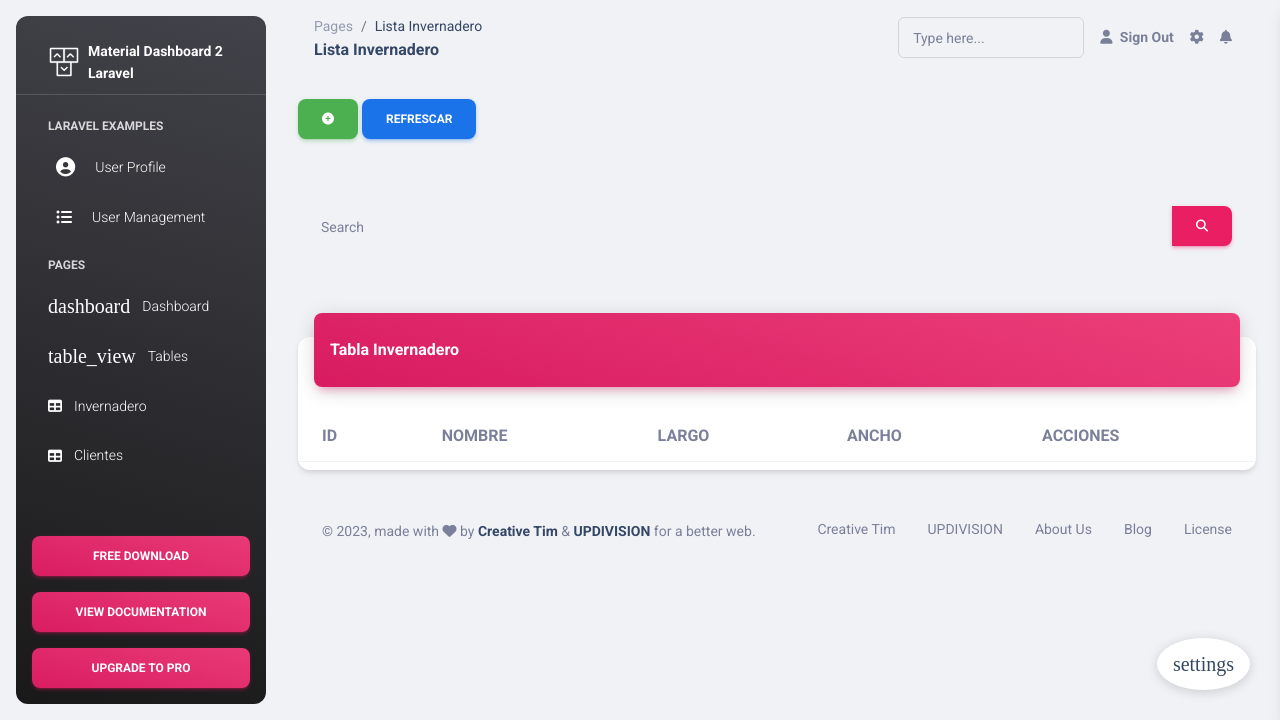
Repository: ValenciaAlmeidaVictor/sistemariego
Page: resources/views/Area/index.blade.php
These files come from the project's save history. The page is drawn as it stood at one moment and after the next save; the edit follows.
The browser window is 1280 px wide. The pictures show the whole page.
Some web libraries are served in a nearby version. The page is served by the project's Laravel application, run on PHP 8.4 with Laravel 10. Other server files are loaded and not shown. The template is opened directly, without the code that normally fills it, so the values that code supplies are empty.

Above is the page before, as saved 2023-06-21 23:47:22.

### routes/web.php
<?php



use Illuminate\Support\Facades\Auth;
use Illuminate\Support\Facades\Route;

/*
|--------------------------------------------------------------------------
| Web Routes
|--------------------------------------------------------------------------
|
| Here is where you can register web routes for your application. These
| routes are loaded by the RouteServiceProvider and all of them will
| be assigned to the "web" middleware group. Make something great!
|
*/

Route::get('/', function () {
    return view('welcome');
});

Auth::routes();

Route::get('/home', [App\Http\Controllers\HomeController::class, 'index'])->name('home');

use App\Http\Controllers\DashboardController;
use App\Http\Controllers\ProfileController;
use App\Http\Controllers\RegisterController;
use App\Http\Controllers\SessionsController;
use App\Http\Controllers\PostController;
use App\Http\Controllers\ClienteController;
use App\Http\Controllers\plantasController;
use App\Http\Controllers\SensoresController;
use App\Http\Controllers\PlantaController;
use App\Http\Controllers\SensorController;
use App\Http\Controllers\AreasController;

Route::get('/', function () {return redirect('sign-in');})->middleware('guest');
Route::get('/dashboard', [DashboardController::class, 'index'])->middleware('auth')->name('dashboard');
Route::get('sign-up', [RegisterController::class, 'create'])->middleware('guest')->name('register');
Route::post('sign-up', [RegisterController::class, 'store'])->middleware('guest');
Route::get('sign-in', [SessionsController::class, 'create'])->middleware('guest')->name('login');
Route::post('sign-in', [SessionsController::class, 'store'])->middleware('guest');
Route::post('verify', [SessionsController::class, 'show'])->middleware('guest');
Route::post('reset-password', [SessionsController::class, 'update'])->middleware('guest')->name('password.update');
Route::get('verify', function () {
	return view('sessions.password.verify');
})->middleware('guest')->name('verify');
Route::get('/reset-password/{token}', function ($token) {
	return view('sessions.password.reset', ['token' => $token]);
})->middleware('guest')->name('password.reset');

Route::post('sign-out', [SessionsController::class, 'destroy'])->middleware('auth')->name('logout');
Route::get('profile', [ProfileController::class, 'create'])->middleware('auth')->name('profile');
Route::post('user-profile', [ProfileController::class, 'update'])->middleware('auth');
Route::group(['middleware' => 'auth'], function () {
	Route::get('billing', function () {
		return view('pages.billing');
	})->name('billing');
    Route::get('posts', function () {
		return view('posts.index');
	})->name('posts');
	Route::get('tables', function () {
		return view('pages.tables');
	})->name('tables');
	Route::get('rtl', function () {
		return view('pages.rtl');
	})->name('rtl');
	Route::get('virtual-reality', function () {
		return view('pages.virtual-reality');
	})->name('virtual-reality');
	Route::get('notifications', function () {
		return view('pages.notifications');
	})->name('notifications');
	Route::get('static-sign-in', function () {
		return view('pages.static-sign-in');
	})->name('static-sign-in');
	Route::get('static-sign-up', function () {
		return view('pages.static-sign-up');
	})->name('static-sign-up');
	Route::get('user-management', function () {
		return view('pages.laravel-examples.user-management');
	})->name('user-management');
	Route::get('user-profile', function () {
		return view('pages.laravel-examples.user-profile');
	})->name('user-profile');
});


//rutas para el controlleer de las tablas del admin //

Route::group(['middleware' => 'auth'], function (){
    Route::resource('posts',PostController::class,['except'=>['show']]);
    Route::resource('clientes',ClienteController::class,['except'=>['show']]);
    Route::resource('index',plantasController::class,['except'=>['show']]);
    Route::resource('sensores',SensoresController::class,['except'=>['show']]);
    Route::resource('area',AreasController::class,['except'=>['show']]);
    Route::resource('/sensor',SensorController::class);
    Route::resource('/planta',PlantaController::class);
});

### resources/views/Area/index.blade.php
@yield('posts')

<x-layout bodyClass="g-sidenav-show  bg-gray-200">
    <x-navbars.sidebar activePage="Lista Invernadero"></x-navbars.sidebar>
    <main class="main-content position-relative max-height-vh-100 h-100 border-radius-lg ">
        <!-- Navbar -->
        <x-navbars.navs.auth titlePage="Lista Invernadero"></x-navbars.navs.auth>
        <script src="https:/kit.fontawesome.com/646ac4fad6.js" crossorigin="anonymous"></script>
        <!-- End Navbar -->
        <div class="container-fluid py-4">
            <div class="row">
                <div class="col-12">
                    <div class="row">
                        <div class="col-12 text-left">
                            <a href="{{route('area.create')}}" class="btn btn-success btn"><i class="fa-solid fa-circle-plus"></i></a>
                            <a href=""><button type="button" class="btn btn-info">Refrescar</button></a>
                        </div>
                    </div>
                    <br>
                    <br><!--CODIGO PARA EL BUSCADOR-->
                    <div class="container-fluid">
                        <form class="d-flex">
                        <div class="input-group">
                        <form action="" method="GET">
                        <input class="form-control me-4" type="text"
                        name="texto" value=""/>
                        <label class="form-label" for="form1">Search</label>
                        <button class="btn btn-primary" type="submit" name="Buscar"><i class="fas fa-search"></i>
                        </button>
                        </form>
                        </div>
                    </div>
                        <br>
                        <br>
                    <div class="card my-4">
                        <div class="card-header p-0 position-relative mt-n4 mx-3 z-index-2">
                            <div class="bg-gradient-primary shadow-primary border-radius-lg pt-4 pb-3">
                                <h6 class="text-white text-capitalize ps-3">Tabla Invernadero</h6>
                            </div>
                        </div>
                        <div class="card-body px-0 pb-2">
                            <div class="table-responsive p-0">
                                <table class="table align-items-center mb-0">
                                    <thead>
                                        <tr>
                                            <th>ID</th>
                                            <th>NOMBRE</th>
                                            <th>LARGO</th>
                                            <th>ANCHO</th>
                                            <th>ACCIONES</th>
                                        </tr>
                                    </thead>
                                    <tbody>
                                        @foreach ($Areas as $area)
                                    <tr>
                                        <td>{{$area->id}}</td>
                                        <td>{{$area->nombre}}</td>
                                        <td>{{$area->largo}}</td>
                                        <td>{{$area->ancho}}</td>
                                        <td>
                                            <form action="{{route('area.destroy',$area->id)}}" method="post">
                                                <a href="{{route('area.edit',$area->id)}}" class="btn btn-warning btn"><i class="fa-regular fa-pen-to-square"></i></a>
                                                @csrf
                                                @method('DELETE')
                                                <button class="btn btn-danger btn" type="submit"><i class="fa-solid fa-trash"></i></button>
                                            </form>
                                        </td>
                                    </tbody>
                                    @endforeach
                                </table>
                            </div>
                        </div>
                    </div>
                </div>
            </div>
            <x-footers.auth></x-footers.auth>
        </div>
    </main>
    <x-plugins></x-plugins>

</x-layout>

### resources/views/components/layout.blade.php
<!--
=========================================================
* Material Dashboard 2 - v3.0.0
=========================================================

* Product Page: https://www.creative-tim.com/product/material-dashboard
* Copyright 2021 Creative Tim (https://www.creative-tim.com) & UPDIVISION (https://www.updivision.com)
* Licensed under MIT (https://www.creative-tim.com/license)
* Coded by www.creative-tim.com & www.updivision.com

=========================================================

* The above copyright notice and this permission notice shall be included in all copies or substantial portions of the Software.
-->
@props(['bodyClass'])
<!DOCTYPE html>
<html lang="en">

<head>
    <meta charset="utf-8" />
    <meta name="viewport" content="width=device-width, initial-scale=1, shrink-to-fit=no">

    <link rel="apple-touch-icon" sizes="76x76" href="{{ asset('assets') }}/img/apple-icon.png">
    <link rel="icon" type="image/png" href="{{ asset('assets') }}/img/favicon.png">
    <title>
        MaxAspersor Dashboard
    </title>
    <!--     Fonts and icons     -->
    <link rel="stylesheet" type="text/css"
        href="https://fonts.googleapis.com/css?family=Roboto:300,400,500,700,900|Roboto+Slab:400,700" />
    <!-- Nucleo Icons -->
    <link href="{{ asset('assets') }}/css/nucleo-icons.css" rel="stylesheet" />
    <link href="{{ asset('assets') }}/css/nucleo-svg.css" rel="stylesheet" />
    <!-- Font Awesome Icons -->
    <script src="https://kit.fontawesome.com/42d5adcbca.js" crossorigin="anonymous"></script>
    <!-- Material Icons -->
    <link href="https://fonts.googleapis.com/icon?family=Material+Icons+Round" rel="stylesheet">
    <!-- CSS Files -->
    <link id="pagestyle" href="{{ asset('assets') }}/css/material-dashboard.css?v=3.0.0" rel="stylesheet" />
</head>
<body class="{{ $bodyClass }}">

{{ $slot }}

<script src="{{ asset('assets') }}/js/core/popper.min.js"></script>
<script src="{{ asset('assets') }}/js/core/bootstrap.min.js"></script>
<script src="{{ asset('assets') }}/js/plugins/perfect-scrollbar.min.js"></script>
<script src="{{ asset('assets') }}/js/plugins/smooth-scrollbar.min.js"></script>
@stack('js')
<script>
    var win = navigator.platform.indexOf('Win') > -1;
    if (win && document.querySelector('#sidenav-scrollbar')) {
        var options = {
            damping: '0.5'
        }
        Scrollbar.init(document.querySelector('#sidenav-scrollbar'), options);
    }

</script>
<!-- Github buttons -->
<script async defer src="https://buttons.github.io/buttons.js"></script>
<!-- Control Center for Material Dashboard: parallax effects, scripts for the example pages etc -->
<script src="{{ asset('assets') }}/js/material-dashboard.min.js?v=3.0.0"></script>
</body>
</html>

### public/assets/css/nucleo-icons.css
/*--------------------------------

hermes-dashboard-icons Web Font - built using nucleoapp.com
License - nucleoapp.com/license/

-------------------------------- */
@font-face {
  font-family: 'NucleoIcons';
  src: url('../fonts/nucleo-icons.eot');
  src: url('../fonts/nucleo-icons.eot') format('embedded-opentype'), url('../fonts/nucleo-icons.woff2') format('woff2'), url('../fonts/nucleo-icons.woff') format('woff'), url('../fonts/nucleo-icons.ttf') format('truetype'), url('../fonts/nucleo-icons.svg') format('svg');
  font-weight: normal;
  font-style: normal;
}

/*------------------------
    base class definition
-------------------------*/
.ni {
  display: inline-block;
  font: normal normal normal 14px/1 NucleoIcons;
  font-size: inherit;
  text-rendering: auto;
  -webkit-font-smoothing: antialiased;
  -moz-osx-font-smoothing: grayscale;
}

/*------------------------
  change icon size
-------------------------*/
.ni-lg {
  font-size: 1.33333333em;
  line-height: 0.75em;
  vertical-align: -15%;
}

.ni-2x {
  font-size: 2em;
}

.ni-3x {
  font-size: 3em;
}

.ni-4x {
  font-size: 4em;
}

.ni-5x {
  font-size: 5em;
}

/*----------------------------------
  add a square/circle background
-----------------------------------*/
.ni.square,
.ni.circle {
  padding: 0.33333333em;
  vertical-align: -16%;
  background-color: #eee;
}

.ni.circle {
  border-radius: 50%;
}

/*------------------------
  list icons
-------------------------*/
.ni-ul {
  padding-left: 0;
  margin-left: 2.14285714em;
  list-style-type: none;
}

.ni-ul>li {
  position: relative;
}

.ni-ul>li>.ni {
  position: absolute;
  left: -1.57142857em;
  top: 0.14285714em;
  text-align: center;
}

.ni-ul>li>.ni.lg {
  top: 0;
  left: -1.35714286em;
}

.ni-ul>li>.ni.circle,
.ni-ul>li>.ni.square {
  top: -0.19047619em;
  left: -1.9047619em;
}

/*------------------------
  spinning icons
-------------------------*/
.ni.spin {
  -webkit-animation: nc-spin 2s infinite linear;
  -moz-animation: nc-spin 2s infinite linear;
  animation: nc-spin 2s infinite linear;
}

@-webkit-keyframes nc-spin {
  0% {
    -webkit-transform: rotate(0deg);
  }

  100% {
    -webkit-transform: rotate(360deg);
  }
}

@-moz-keyframes nc-spin {
  0% {
    -moz-transform: rotate(0deg);
  }

  100% {
    -moz-transform: rotate(360deg);
  }
}

@keyframes nc-spin {
  0% {
    -webkit-transform: rotate(0deg);
    -moz-transform: rotate(0deg);
    -ms-transform: rotate(0deg);
    -o-transform: rotate(0deg);
    transform: rotate(0deg);
  }

  100% {
    -webkit-transform: rotate(360deg);
    -moz-transform: rotate(360deg);
    -ms-transform: rotate(360deg);
    -o-transform: rotate(360deg);
    transform: rotate(360deg);
  }
}

/*------------------------
  rotated/flipped icons
-------------------------*/
.ni.rotate-90 {
  filter: progid:DXImageTransform.Microsoft.BasicImage(rotation=1);
  -webkit-transform: rotate(90deg);
  -moz-transform: rotate(90deg);
  -ms-transform: rotate(90deg);
  -o-transform: rotate(90deg);
  transform: rotate(90deg);
}

.ni.rotate-180 {
  filter: progid:DXImageTransform.Microsoft.BasicImage(rotation=2);
  -webkit-transform: rotate(180deg);
  -moz-transform: rotate(180deg);
  -ms-transform: rotate(180deg);
  -o-transform: rotate(180deg);
  transform: rotate(180deg);
}

.ni.rotate-270 {
  filter: progid:DXImageTransform.Microsoft.BasicImage(rotation=3);
  -webkit-transform: rotate(270deg);
  -moz-transform: rotate(270deg);
  -ms-transform: rotate(270deg);
  -o-transform: rotate(270deg);
  transform: rotate(270deg);
}

.ni.flip-y {
  filter: progid:DXImageTransform.Microsoft.BasicImage(rotation=0);
  -webkit-transform: scale(-1, 1);
  -moz-transform: scale(-1, 1);
  -ms-transform: scale(-1, 1);
  -o-transform: scale(-1, 1);
  transform: scale(-1, 1);
}

.ni.flip-x {
  filter: progid:DXImageTransform.Microsoft.BasicImage(rotation=2);
  -webkit-transform: scale(1, -1);
  -moz-transform: scale(1, -1);
  -ms-transform: scale(1, -1);
  -o-transform: scale(1, -1);
  transform: scale(1, -1);
}

/*------------------------
    font icons
-------------------------*/

.ni-active-40::before {
  content: "\ea02";
}

.ni-air-baloon::before {
  content: "\ea03";
}

.ni-album-2::before {
  content: "\ea04";
}

.ni-align-center::before {
  content: "\ea05";
}

.ni-align-left-2::before {
  content: "\ea06";
}

.ni-ambulance::before {
  content: "\ea07";
}

.ni-app::before {
  content: "\ea08";
}

.ni-archive-2::before {
  content: "\ea09";
}

.ni-atom::before {
  content: "\ea0a";
}

.ni-badge::before {
  content: "\ea0b";
}

.ni-bag-17::before {
  content: "\ea0c";
}

.ni-basket::before {
  content: "\ea0d";
}

.ni-bell-55::before {
  content: "\ea0e";
}

.ni-bold-down::before {
  content: "\ea0f";
}

.ni-bold-left::before {
  content: "\ea10";
}

.ni-bold-right::before {
  content: "\ea11";
}

.ni-bold-up::before {
  content: "\ea12";
}

.ni-bold::before {
  content: "\ea13";
}

.ni-book-bookmark::before {
  content: "\ea14";
}

.ni-books::before {
  content: "\ea15";
}

.ni-box-2::before {
  content: "\ea16";
}

.ni-briefcase-24::before {
  content: "\ea17";
}

.ni-building::before {
  content: "\ea18";
}

.ni-bulb-61::before {
  content: "\ea19";
}

.ni-bullet-list-67::before {
  content: "\ea1a";
}

.ni-bus-front-12::before {
  content: "\ea1b";
}

.ni-button-pause::before {
  content: "\ea1c";
}

.ni-button-play::before {
  content: "\ea1d";
}

.ni-button-power::before {
  content: "\ea1e";
}

.ni-calendar-grid-58::before {
  content: "\ea1f";
}

.ni-camera-compact::before {
  content: "\ea20";
}

.ni-caps-small::before {
  content: "\ea21";
}

.ni-cart::before {
  content: "\ea22";
}

.ni-chart-bar-32::before {
  content: "\ea23";
}

.ni-chart-pie-35::before {
  content: "\ea24";
}

.ni-chat-round::before {
  content: "\ea25";
}

.ni-check-bold::before {
  content: "\ea26";
}

.ni-circle-08::before {
  content: "\ea27";
}

.ni-cloud-download-95::before {
  content: "\ea28";
}

.ni-cloud-upload-96::before {
  content: "\ea29";
}

.ni-compass-04::before {
  content: "\ea2a";
}

.ni-controller::before {
  content: "\ea2b";
}

.ni-credit-card::before {
  content: "\ea2c";
}

.ni-curved-next::before {
  content: "\ea2d";
}

.ni-delivery-fast::before {
  content: "\ea2e";
}

.ni-diamond::before {
  content: "\ea2f";
}

.ni-email-83::before {
  content: "\ea30";
}

.ni-fat-add::before {
  content: "\ea31";
}

.ni-fat-delete::before {
  content: "\ea32";
}

.ni-fat-remove::before {
  content: "\ea33";
}

.ni-favourite-28::before {
  content: "\ea34";
}

.ni-folder-17::before {
  content: "\ea35";
}

.ni-glasses-2::before {
  content: "\ea36";
}

.ni-hat-3::before {
  content: "\ea37";
}

.ni-headphones::before {
  content: "\ea38";
}

.ni-html5::before {
  content: "\ea39";
}

.ni-istanbul::before {
  content: "\ea3a";
}

.ni-key-25::before {
  content: "\ea3b";
}

.ni-laptop::before {
  content: "\ea3c";
}

.ni-like-2::before {
  content: "\ea3d";
}

.ni-lock-circle-open::before {
  content: "\ea3e";
}

.ni-map-big::before {
  content: "\ea3f";
}

.ni-mobile-button::before {
  content: "\ea40";
}

.ni-money-coins::before {
  content: "\ea41";
}

.ni-note-03::before {
  content: "\ea42";
}

.ni-notification-70::before {
  content: "\ea43";
}

.ni-palette::before {
  content: "\ea44";
}

.ni-paper-diploma::before {
  content: "\ea45";
}

.ni-pin-3::before {
  content: "\ea46";
}

.ni-planet::before {
  content: "\ea47";
}

.ni-ruler-pencil::before {
  content: "\ea48";
}

.ni-satisfied::before {
  content: "\ea49";
}

.ni-scissors::before {
  content: "\ea4a";
}

.ni-send::before {
  content: "\ea4b";
}

.ni-settings-gear-65::before {
  content: "\ea4c";
}

.ni-settings::before {
  content: "\ea4d";
}

.ni-single-02::before {
  content: "\ea4e";
}

.ni-single-copy-04::before {
  content: "\ea4f";
}

.ni-sound-wave::before {
  content: "\ea50";
}

.ni-spaceship::before {
  content: "\ea51";
}

.ni-square-pin::before {
  content: "\ea52";
}

.ni-support-16::before {
  content: "\ea53";
}

.ni-tablet-button::before {
  content: "\ea54";
}

.ni-tag::before {
  content: "\ea55";
}

.ni-tie-bow::before {
  content: "\ea56";
}

.ni-time-alarm::before {
  content: "\ea57";
}

.ni-trophy::before {
  content: "\ea58";
}

.ni-tv-2::before {
  content: "\ea59";
}

.ni-umbrella-13::before {
  content: "\ea5a";
}

.ni-user-run::before {
  content: "\ea5b";
}

.ni-vector::before {
  content: "\ea5c";
}

.ni-watch-time::before {
  content: "\ea5d";
}

.ni-world::before {
  content: "\ea5e";
}

.ni-zoom-split-in::before {
  content: "\ea5f";
}

.ni-collection::before {
  content: "\ea60";
}

.ni-image::before {
  content: "\ea61";
}

.ni-shop::before {
  content: "\ea62";
}

.ni-ungroup::before {
  content: "\ea63";
}

.ni-world-2::before {
  content: "\ea64";
}

.ni-ui-04::before {
  content: "\ea65";
}


/* all icon font classes list here */

### public/assets/css/nucleo-svg.css
/* Generated using nucleoapp.com */
/* --------------------------------

Icon colors

-------------------------------- */

.icon {
  display: inline-block;
  /* icon primary color */
  color: #111111;
  height: 1em;
  width: 1em;
}

.icon use {
  /* icon secondary color - fill */
  fill: #7ea6f6;
}

.icon.icon-outline use {
  /* icon secondary color - stroke */
  stroke: #7ea6f6;
}

/* --------------------------------

Change icon size

-------------------------------- */

.icon-xs {
  height: 0.5em;
  width: 0.5em;
}

.icon-sm {
  height: 0.8em;
  width: 0.8em;
}

.icon-lg {
  height: 1.6em;
  width: 1.6em;
}

.icon-xl {
  height: 2em;
  width: 2em;
}

/* --------------------------------

Align icon and text

-------------------------------- */

.icon-text-aligner {
  /* add this class to parent element that contains icon + text */
  display: flex;
  align-items: center;
}

.icon-text-aligner .icon {
  color: inherit;
  margin-right: 0.4em;
}

.icon-text-aligner .icon use {
  color: inherit;
  fill: currentColor;
}

.icon-text-aligner .icon.icon-outline use {
  stroke: currentColor;
}

/* --------------------------------

Icon reset values - used to enable color customizations

-------------------------------- */

.icon {
  fill: currentColor;
  stroke: none;
}

.icon.icon-outline {
  fill: none;
  stroke: currentColor;
}

.icon use {
  stroke: none;
}

.icon.icon-outline use {
  fill: none;
}

/* --------------------------------

Stroke effects - Nucleo outline icons

- 16px icons -> up to 1px stroke (16px outline icons do not support stroke changes)
- 24px, 32px icons -> up to 2px stroke
- 48px, 64px icons -> up to 4px stroke

-------------------------------- */

.icon-outline.icon-stroke-1 {
  stroke-width: 1px;
}

.icon-outline.icon-stroke-2 {
  stroke-width: 2px;
}

.icon-outline.icon-stroke-3 {
  stroke-width: 3px;
}

.icon-outline.icon-stroke-4 {
  stroke-width: 4px;
}

.icon-outline.icon-stroke-1 use,
.icon-outline.icon-stroke-3 use {
  -webkit-transform: translateX(0.5px) translateY(0.5px);
  -moz-transform: translateX(0.5px) translateY(0.5px);
  -ms-transform: translateX(0.5px) translateY(0.5px);
  -o-transform: translateX(0.5px) translateY(0.5px);
  transform: translateX(0.5px) translateY(0.5px);
}

Loaded but not shown: app/Http/Controllers/Auth/ConfirmPasswordController.php (common file); app/Http/Controllers/Controller.php (common file); resources/views/components/navbars/navs/auth.blade.php (common file); resources/views/components/footers/auth.blade.php (common file); resources/views/components/plugins.blade.php (common file); public/assets/css/material-dashboard.css (library); public/assets/js/core/popper.min.js (library); public/assets/js/core/bootstrap.min.js (library); public/assets/js/plugins/perfect-scrollbar.min.js (library); public/assets/js/plugins/smooth-scrollbar.min.js (library); public/assets/js/material-dashboard.min.js (library); public/assets/img/small-logos/logo-spotify.svg (9 lines, source omitted); resources/views/components/navbars/sidebar.blade.php (192 lines, source omitted)

After the next save:
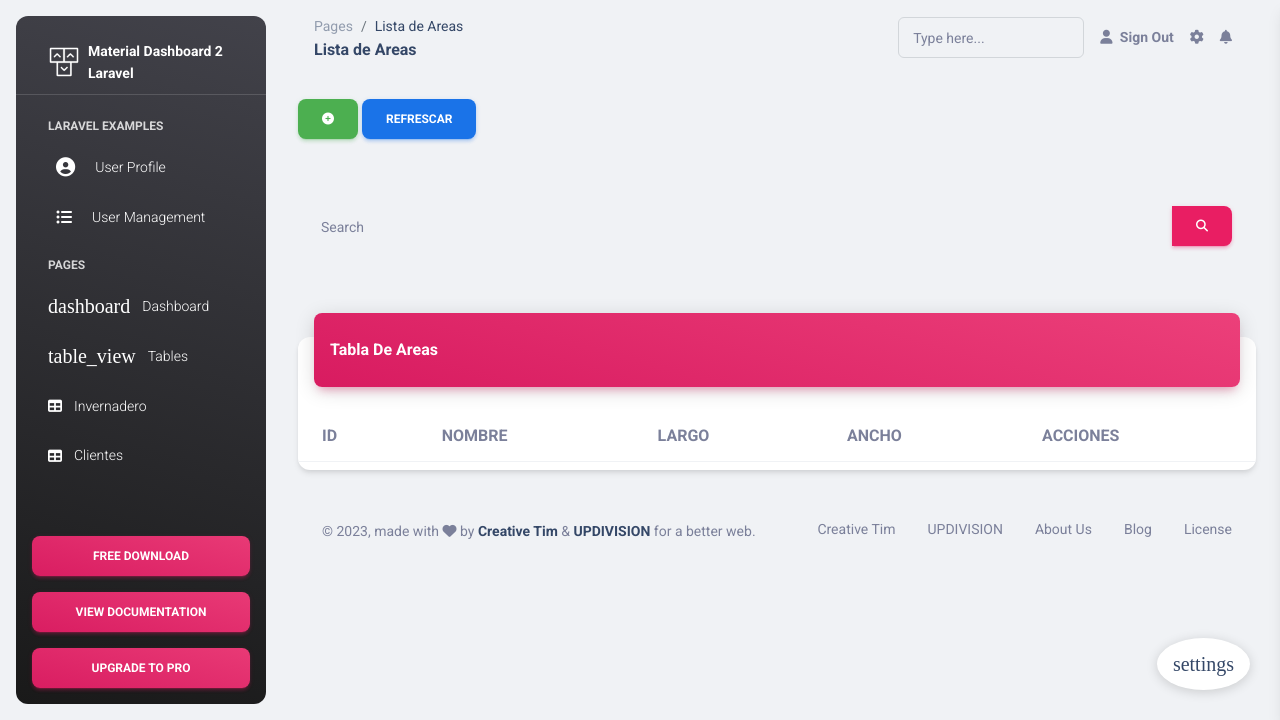
Saved 58 s later.
--- a/resources/views/Area/index.blade.php
+++ b/resources/views/Area/index.blade.php
@@ -4,7 +4,7 @@
     <x-navbars.sidebar activePage="Lista Invernadero"></x-navbars.sidebar>
     <main class="main-content position-relative max-height-vh-100 h-100 border-radius-lg ">
         <!-- Navbar -->
-        <x-navbars.navs.auth titlePage="Lista Invernadero"></x-navbars.navs.auth>
+        <x-navbars.navs.auth titlePage="Lista de Areas"></x-navbars.navs.auth>
         <script src="https:/kit.fontawesome.com/646ac4fad6.js" crossorigin="anonymous"></script>
         <!-- End Navbar -->
         <div class="container-fluid py-4">
@@ -35,7 +35,7 @@
                     <div class="card my-4">
                         <div class="card-header p-0 position-relative mt-n4 mx-3 z-index-2">
                             <div class="bg-gradient-primary shadow-primary border-radius-lg pt-4 pb-3">
-                                <h6 class="text-white text-capitalize ps-3">Tabla Invernadero</h6>
+                                <h6 class="text-white text-capitalize ps-3">Tabla de Areas</h6>
                             </div>
                         </div>
                         <div class="card-body px-0 pb-2">
